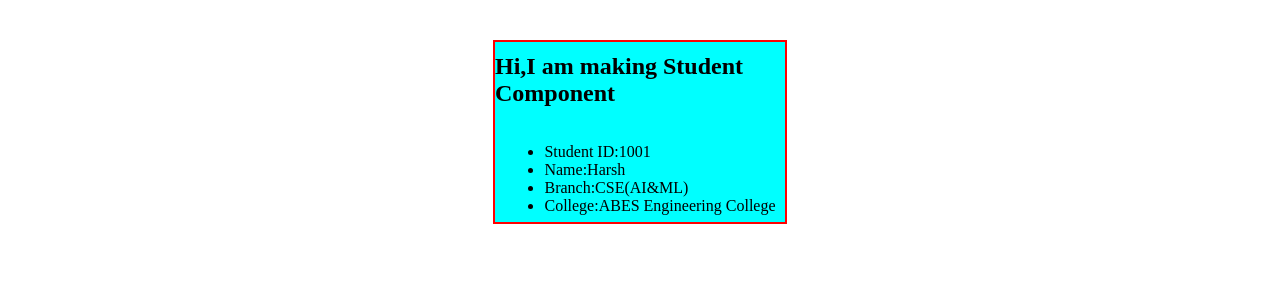
Repository: ashurauza/FSD_Sem5
Page: / (app in FSD_Sem5/CSS/ReactRevisionDOM/)
These files come from the project's save history. The page is drawn as it stood at one moment and after the next save; the edit follows.
The browser window is 1280 px wide. The pictures show the whole page.
The project was rebuilt for these pictures with package versions that can differ from the ones it lists, and the page was loaded fresh each time.

Above is the page before, as saved 2025-10-29 15:31:58.

### FSD_Sem5/CSS/ReactRevisionDOM/index.html
<!DOCTYPE html>
<html lang="en">
<head>
    <meta charset="UTF-8">
    <meta name="viewport" content="width=device-width, initial-scale=1.0">
    <title>RevisionDOM</title>
</head>
<body>
    <div id="parent"></div>
    <script src="https://unpkg.com/react@18/umd/react.development.js" crossorigin></script>
    <script src="https://unpkg.com/react-dom@18/umd/react-dom.development.js" crossorigin></script>
    <script src="student.jsx" type="module"></script>

</body>
</html>

### FSD_Sem5/CSS/ReactRevisionDOM/student.jsx



const parent = document.getElementById("parent");
const root = ReactDOM.createRoot(parent);


const h21=<h2>
    Hi,I am making Student Component
</h2>
const li11=<li>Student ID:1001</li>
const li22=<li>Name:Harsh </li>
const li33=<li>Branch:CSE(AI&ML)</li>
const li44=<li>College:ABES Engineering College</li>
const ul1=<ul>{[li11,li22,li33,li44]}</ul>
const wrapper1=(
    <>
    {h21}
    {ul1}
    </>
)

const wrapper = React.createElement("div", {style: {height: "180px",
      width: "290px",
      backgroundColor: "cyan",
      border: "2px solid red",
      margin: "40px auto",
      textAlign: "left",
      display: "flex",
      flexDirection: "column",
      justifyContent: "center",
      alignItems: "center"}}, [h21, ul1]);

root.render(wrapper);

After the next save:
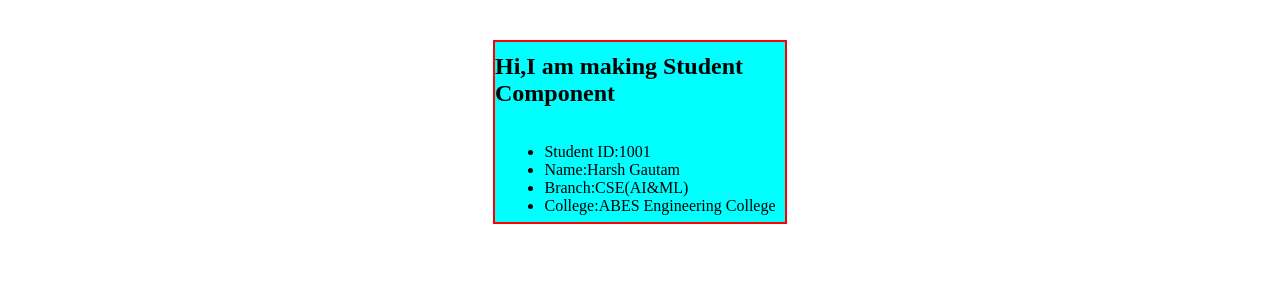
Saved 4 s later.
--- a/FSD_Sem5/CSS/ReactRevisionDOM/student.jsx
+++ b/FSD_Sem5/CSS/ReactRevisionDOM/student.jsx
@@ -9,7 +9,7 @@
     Hi,I am making Student Component
 </h2>
 const li11=<li>Student ID:1001</li>
-const li22=<li>Name:Harsh </li>
+const li22=<li>Name:Harsh Gautam</li>
 const li33=<li>Branch:CSE(AI&ML)</li>
 const li44=<li>College:ABES Engineering College</li>
 const ul1=<ul>{[li11,li22,li33,li44]}</ul>
